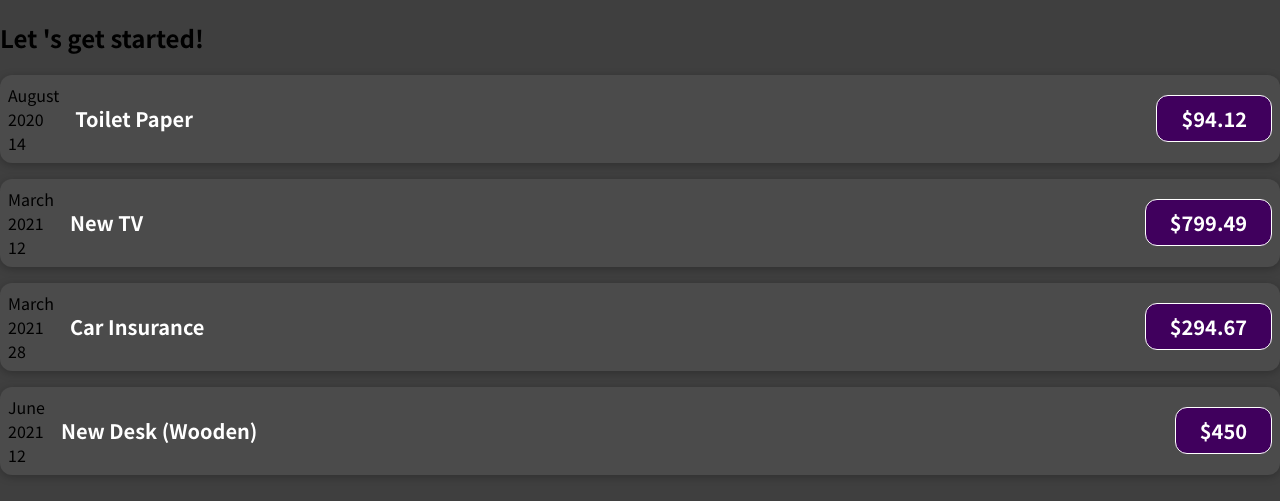
Repository: prathmeshgodbole/react-complete
Page: /
The author's editor kept a copy of each file at every save. The page is drawn from the files as they stood at one save, then again after the next save.
The browser window is 1280 px wide. The pictures show the whole page.
The project was rebuilt for these pictures with package versions that can differ from the ones it lists, and the page was loaded fresh each time.

Above is the page before, as saved 2021-07-01 20:28:40.

After the next save:
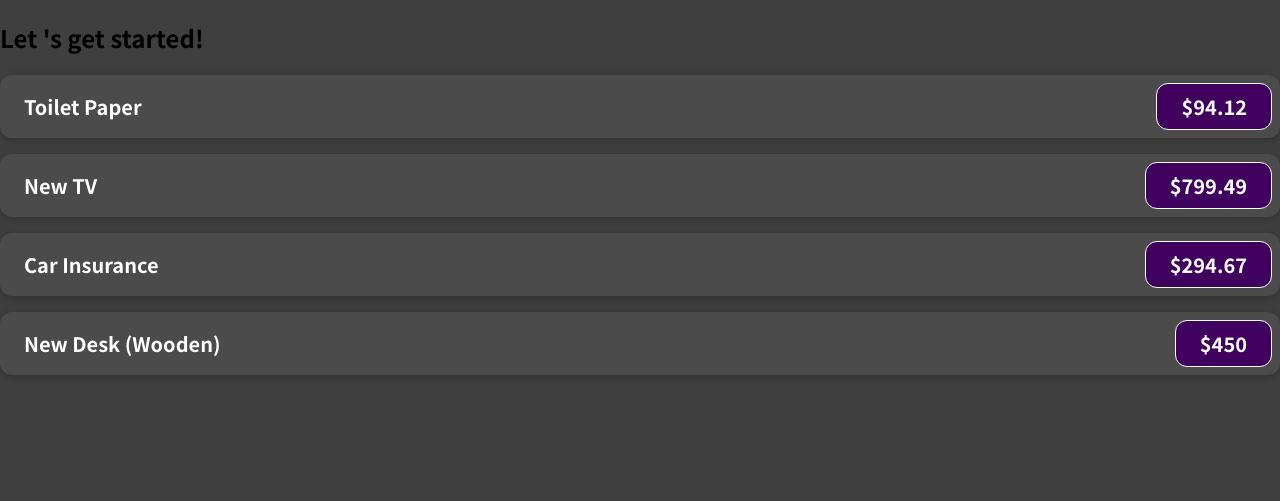
Saved 42 s later.
--- a/src/components/ExpenseItem.js
+++ b/src/components/ExpenseItem.js
@@ -7,11 +7,7 @@
 
   return (
     <div className="expense-item">
-    <div>
-      <div>{month}</div>
-      <div>{year}</div>
-      <div>{day}</div>
-    </div>
+
       <div className="expense-item__description">
         <h2>{props.title}</h2>
         <div className="expense-item__price">${props.amount}</div>

After the save that followed:
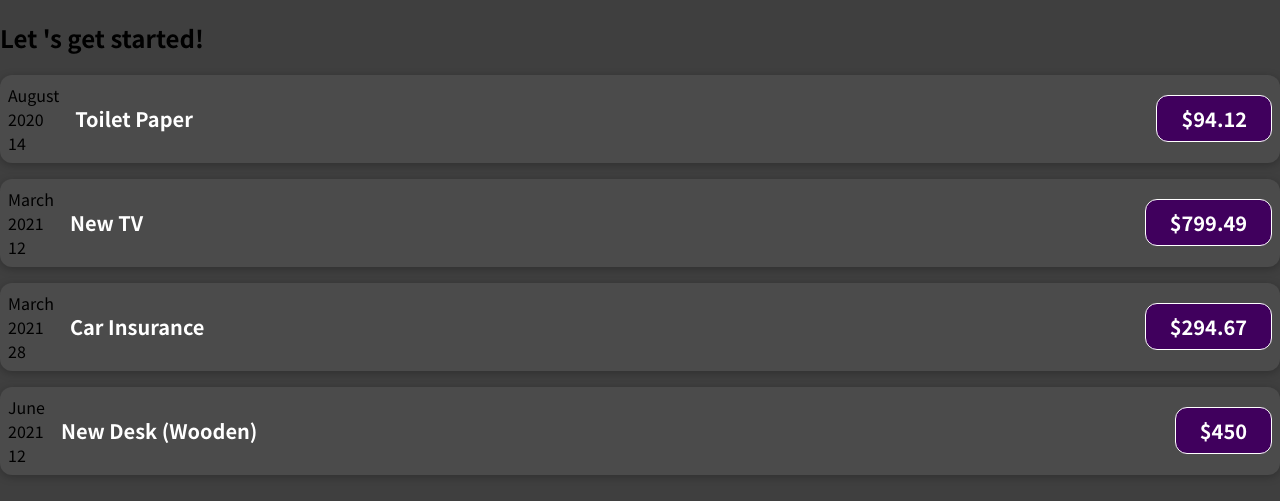
Saved 5 s later.
--- a/src/components/ExpenseItem.js
+++ b/src/components/ExpenseItem.js
@@ -7,7 +7,11 @@
 
   return (
     <div className="expense-item">
-
+    <div>
+      <div>{month}</div>
+      <div>{year}</div>
+      <div>{day}</div>
+    </div>
       <div className="expense-item__description">
         <h2>{props.title}</h2>
         <div className="expense-item__price">${props.amount}</div>
